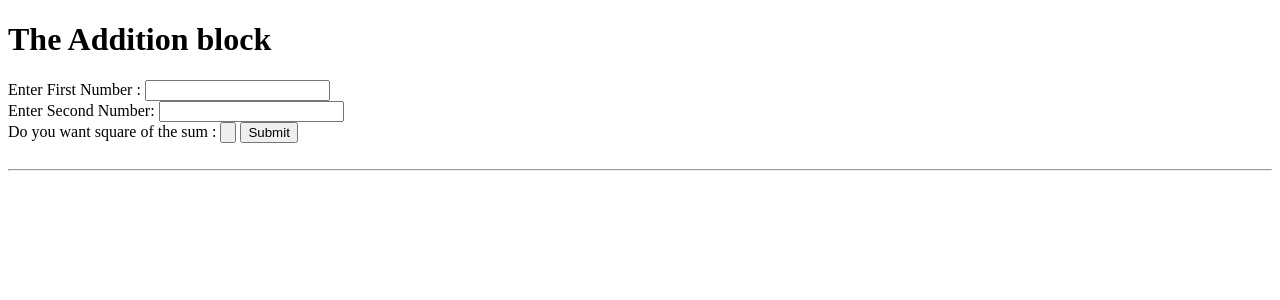
Repository: kunalquantum/jsp2
Page: demoApp/src/main/webapp/index2.html
An editor plug-in stored every save of this project. The page is shown before and after the next save, followed by the edit.
The browser window is 1280 px wide. The pictures show the whole page.

Above is the page before, as saved 2024-06-12 06:10:22.

### demoApp/src/main/webapp/index2.html
<!DOCTYPE html>
<html>
<head>
<meta charset="UTF-8">
<title>Form page</title>
</head>
<body>

<h1>The Addition block</h1>
<form action ="add" method="Get">

Enter First Number : <input type="text" name="num1"><br>
Enter Second Number: <input type="text" name="num2"><br>

Do you want square of the sum : <input type="button" name="val">
<input type="submit"><br>

</form>
<br>
<hr>




</body>
</html>

After the next save:
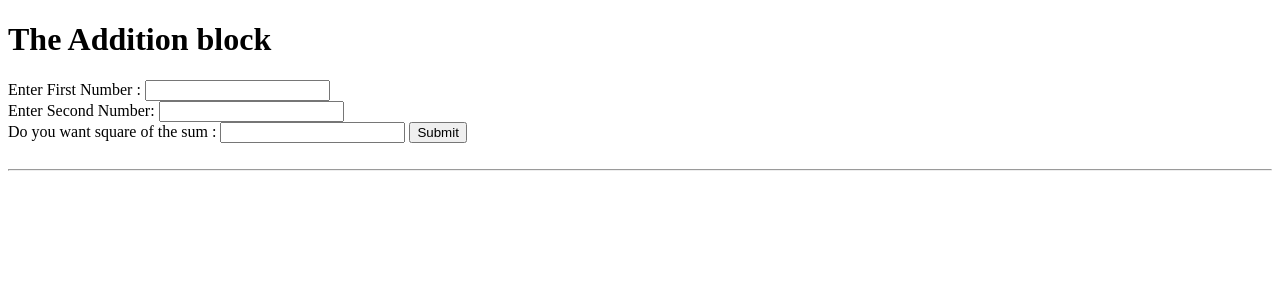
Saved 48 s later.
--- a/demoApp/src/main/webapp/index2.html
+++ b/demoApp/src/main/webapp/index2.html
@@ -12,7 +12,7 @@
 Enter First Number : <input type="text" name="num1"><br>
 Enter Second Number: <input type="text" name="num2"><br>
 
-Do you want square of the sum : <input type="button" name="val">
+Do you want square of the sum : <input type="number" name="val">
 <input type="submit"><br>
 
 </form>
